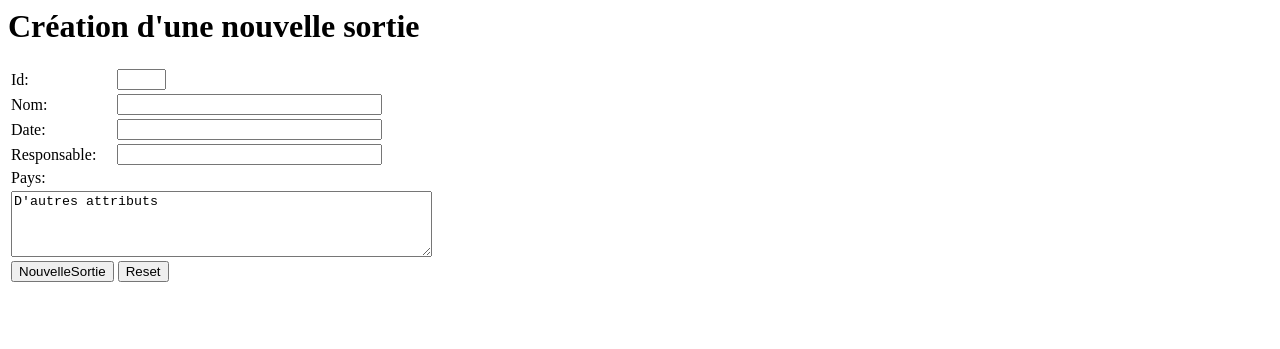
Repository: JulesThuillier/INF3710---TP4
Page: http://localhost/TP4/new.jsp
An editor plug-in stored every save of this project. The page is shown before and after the next save, followed by the edit.
The browser window is 1280 px wide. The pictures show the whole page.
The page is served by Tomcat 9.

Above is the page before, as saved 2015-11-20 23:18:08.

### TP4/TP4/WebContent/new.jsp
<%@ page import="java.util.*" %>
<html>
<head>
    <title>Création d'une nouvelle sortie</title>
</head>
<body>
    <h1>Création d'une nouvelle sortie</h1>
    <form name="sortie" action="sortie" method="post">
    <table>
        <tr>
            <td>Id:</td>
            <td><input type="text" name="id" size="3" maxlength="3"></td>
        </tr>
        <tr>
            <td>Nom:</td>
            <td><input type="text" name="nom" size="30" maxlength="80"></td>
        </tr>
        <tr>
            <td>Date:</td>
            <td><input type="text" name="date" size="30" maxlength="80"></td>
        </tr>
        <tr>
            <td>Responsable:</td>
            <td><input type="text" name="responsable" size="30" maxlength="80"></td>
        </tr>
        <tr>
            <td>Pays:</td>
            <td>

            </td>
        </tr>
        <tr>
            <td colspan="2" name="autre">
            <textarea rows="4" cols="50">D'autres attributs</textarea>
            </td>
        </tr>
        <tr>
            <td colspan="2">
				<input type="submit" value="NouvelleSortie" name="option">
				<input type="reset" value="Reset">
            </td>
        </tr>
    </table>
    </form>
</body>
</html>

After the next save:
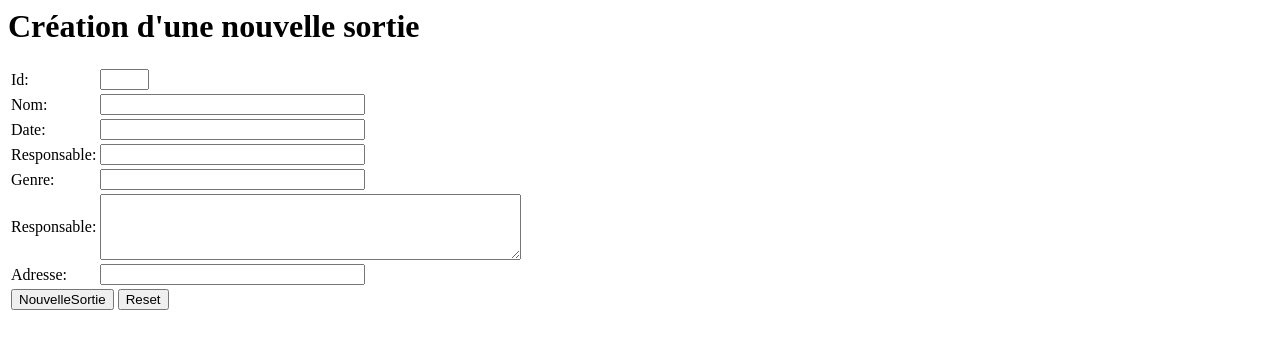
Saved 101 s later.
--- a/TP4/TP4/WebContent/new.jsp
+++ b/TP4/TP4/WebContent/new.jsp
@@ -24,15 +24,16 @@
             <td><input type="text" name="responsable" size="30" maxlength="80"></td>
         </tr>
         <tr>
-            <td>Pays:</td>
-            <td>
-
-            </td>
+            <td>Genre:</td>
+            <td><input type="text" name="genre" size="30" maxlength="80"></td>
         </tr>
         <tr>
-            <td colspan="2" name="autre">
-            <textarea rows="4" cols="50">D'autres attributs</textarea>
-            </td>
+            <td>Responsable:</td>
+            <td><textarea name="responsable" rows="4" cols="50"></textarea></td>
+        </tr>
+        <tr>
+            <td>Adresse:</td>
+            <td><input type="text" name="adresse" size="30" maxlength="80"></td>
         </tr>
         <tr>
             <td colspan="2">
